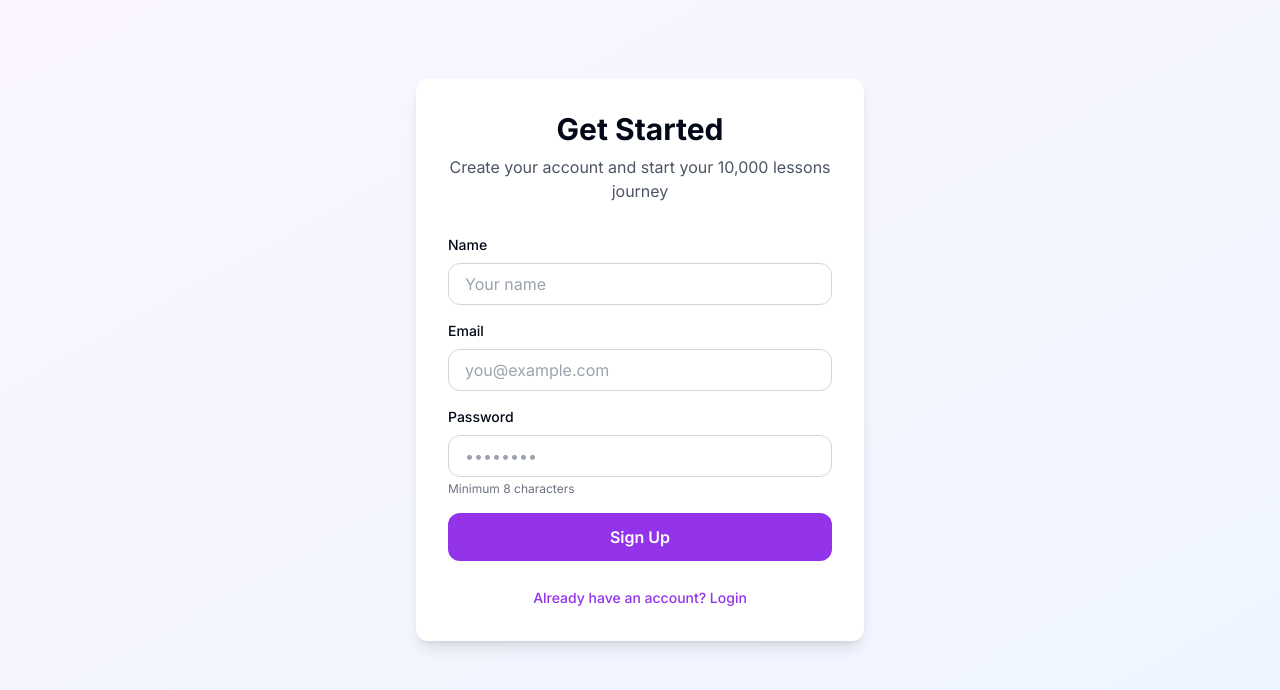
Repository: mac23080131/life-lessons
Page: /signup (app in apps/web/)
These files come from the project's save history. The page is drawn as it stood at one moment and after the next save; the edit follows.
The browser window is 1280 px wide. The pictures show the whole page.
The page's requests for data from a server got no answer. The project was rebuilt for these pictures with package versions that can differ from the ones it lists, and the page was loaded fresh each time. The framework's server and built-in components were replaced by stand-ins that run in the browser. No one was signed in, and anything a server would have sent is missing. Also part of the build but not shown: apps/web/next.config.js.

Above is the page before, as saved 2025-10-18 19:12:54.

### apps/web/src/app/layout.tsx
import type { Metadata } from 'next';
import { Inter } from 'next/font/google';
import './globals.css';
import { Providers } from './providers';

const inter = Inter({ subsets: ['latin'] });

export const metadata: Metadata = {
  title: 'Life Lessons - Track Your 10,000 Lessons Journey',
  description: 'Personal growth application for capturing, analyzing, and learning from life experiences',
};

export default function RootLayout({
  children,
}: {
  children: React.ReactNode;
}) {
  return (
    <html lang="vi" suppressHydrationWarning>
      <body className={inter.className}>
        <Providers>{children}</Providers>
      </body>
    </html>
  );
}

### apps/web/src/app/(auth)/layout.tsx
'use client';

import { useEffect } from 'react';
import { useRouter } from 'next/navigation';
import { useAuthStore } from '@/lib/store/auth-store';

export default function AuthLayout({
  children,
}: {
  children: React.ReactNode;
}) {
  const router = useRouter();
  const isAuthenticated = useAuthStore((state) => state.isAuthenticated());

  useEffect(() => {
    // If already logged in, redirect to dashboard
    if (isAuthenticated) {
      router.replace('/dashboard');
    }
  }, [isAuthenticated, router]);

  // Don't render children if redirecting
  if (isAuthenticated) {
    return null;
  }

  return <>{children}</>;
}

### apps/web/src/app/(auth)/signup/page.tsx
'use client';

import { useState } from 'react';
import Link from 'next/link';
import { useAuth } from '@/lib/hooks/useAuth';
import { useTranslation } from '@/lib/hooks/useTranslation';

export default function SignupPage() {
  const [email, setEmail] = useState('');
  const [password, setPassword] = useState('');
  const [name, setName] = useState('');
  const { signup, isSignupLoading, signupError } = useAuth();
  const { t } = useTranslation();

  const handleSubmit = (e: React.FormEvent) => {
    e.preventDefault();
    signup({ email, password, name });
  };

  return (
    <div className="min-h-screen flex items-center justify-center bg-gradient-to-br from-purple-50 to-blue-50 dark:from-gray-900 dark:to-gray-800 p-4" suppressHydrationWarning>
      <div className="w-full max-w-md">
        <div className="bg-white dark:bg-gray-800 rounded-lg shadow-lg p-8">
          <h1 className="text-3xl font-bold text-center mb-2">Get Started</h1>
          <p className="text-gray-600 dark:text-gray-400 text-center mb-8">
            Create your account and start your 10,000 lessons journey
          </p>

          {signupError && (
            <div className="mb-4 p-3 bg-red-50 dark:bg-red-900/20 border border-red-200 dark:border-red-800 rounded-lg text-red-700 dark:text-red-400 text-sm">
              {(signupError as any)?.response?.data?.message || 'Signup failed. Please try again.'}
            </div>
          )}

          <form onSubmit={handleSubmit} className="space-y-4">
            <div>
              <label htmlFor="name" className="block text-sm font-medium mb-2">
                Name
              </label>
              <input
                id="name"
                type="text"
                value={name}
                onChange={(e) => setName(e.target.value)}
                className="w-full px-4 py-2 border border-gray-300 dark:border-gray-600 rounded-lg focus:ring-2 focus:ring-purple-500 focus:border-transparent dark:bg-gray-700"
                placeholder="Your name"
              />
            </div>

            <div>
              <label htmlFor="email" className="block text-sm font-medium mb-2">
                Email
              </label>
              <input
                id="email"
                type="email"
                value={email}
                onChange={(e) => setEmail(e.target.value)}
                className="w-full px-4 py-2 border border-gray-300 dark:border-gray-600 rounded-lg focus:ring-2 focus:ring-purple-500 focus:border-transparent dark:bg-gray-700"
                placeholder="you@example.com"
                required
              />
            </div>

            <div>
              <label htmlFor="password" className="block text-sm font-medium mb-2">
                Password
              </label>
              <input
                id="password"
                type="password"
                value={password}
                onChange={(e) => setPassword(e.target.value)}
                className="w-full px-4 py-2 border border-gray-300 dark:border-gray-600 rounded-lg focus:ring-2 focus:ring-purple-500 focus:border-transparent dark:bg-gray-700"
                placeholder="••••••••"
                required
                minLength={8}
              />
              <p className="text-xs text-gray-500 mt-1">Minimum 8 characters</p>
            </div>

            <button
              type="submit"
              disabled={isSignupLoading}
              className="w-full py-3 bg-purple-600 text-white rounded-lg hover:bg-purple-700 disabled:opacity-50 disabled:cursor-not-allowed font-semibold transition-colors"
            >
              {isSignupLoading ? 'Creating account...' : 'Sign Up'}
            </button>
          </form>

          <div className="mt-6 text-center">
            <Link
              href="/login"
              className="text-purple-600 hover:text-purple-700 text-sm font-medium"
            >
              Already have an account? Login
            </Link>
          </div>
        </div>
      </div>
    </div>
  );
}

### apps/web/src/app/globals.css
@tailwind base;
@tailwind components;
@tailwind utilities;

@layer base {
  :root {
    --background: 0 0% 100%;
    --foreground: 222.2 84% 4.9%;
    --card: 0 0% 100%;
    --card-foreground: 222.2 84% 4.9%;
    --popover: 0 0% 100%;
    --popover-foreground: 222.2 84% 4.9%;
    --primary: 262 83% 58%;
    --primary-foreground: 0 0% 100%;
    --secondary: 210 40% 96.1%;
    --secondary-foreground: 222.2 47.4% 11.2%;
    --muted: 210 40% 96.1%;
    --muted-foreground: 215.4 16.3% 46.9%;
    --accent: 210 40% 96.1%;
    --accent-foreground: 222.2 47.4% 11.2%;
    --destructive: 0 84.2% 60.2%;
    --destructive-foreground: 210 40% 98%;
    --border: 214.3 31.8% 91.4%;
    --input: 214.3 31.8% 91.4%;
    --ring: 262 83% 58%;
    --radius: 0.75rem;

    /* Modern gradient colors */
    --gradient-purple: 262 83% 58%;
    --gradient-blue: 217 91% 60%;
    --gradient-pink: 336 84% 65%;
    --gradient-orange: 25 95% 53%;
  }

  .dark {
    --background: 224 71% 4%;
    --foreground: 213 31% 91%;
    --card: 224 71% 4%;
    --card-foreground: 213 31% 91%;
    --popover: 224 71% 4%;
    --popover-foreground: 213 31% 91%;
    --primary: 263 70% 50%;
    --primary-foreground: 0 0% 100%;
    --secondary: 222 47% 11%;
    --secondary-foreground: 213 31% 91%;
    --muted: 223 47% 11%;
    --muted-foreground: 215.4 16.3% 56.9%;
    --accent: 216 34% 17%;
    --accent-foreground: 210 40% 98%;
    --destructive: 0 63% 31%;
    --destructive-foreground: 210 40% 98%;
    --border: 216 34% 17%;
    --input: 216 34% 17%;
    --ring: 263 70% 50%;

    /* Dark mode gradients */
    --gradient-purple: 263 70% 50%;
    --gradient-blue: 217 91% 60%;
    --gradient-pink: 336 84% 65%;
    --gradient-orange: 25 95% 53%;
  }
}

@layer base {
  * {
    @apply border-border;
  }

  body {
    @apply bg-background text-foreground;
    font-feature-settings: "rlig" 1, "calt" 1;
  }

  /* Smooth scrolling */
  html {
    scroll-behavior: smooth;
  }

  /* Custom scrollbar */
  ::-webkit-scrollbar {
    width: 8px;
    height: 8px;
  }

  ::-webkit-scrollbar-track {
    @apply bg-muted/20;
  }

  ::-webkit-scrollbar-thumb {
    @apply bg-muted-foreground/30 rounded-full;
  }

  ::-webkit-scrollbar-thumb:hover {
    @apply bg-muted-foreground/50;
  }
}

@layer components {
  /* Glassmorphism card */
  .glass-card {
    @apply bg-white/70 dark:bg-gray-900/70 backdrop-blur-xl border border-white/20 dark:border-gray-800/50 shadow-glass;
  }

  /* Gradient background */
  .gradient-bg {
    background: linear-gradient(135deg,
      hsl(var(--gradient-purple)) 0%,
      hsl(var(--gradient-blue)) 50%,
      hsl(var(--gradient-pink)) 100%
    );
  }

  .gradient-bg-2 {
    background: linear-gradient(135deg,
      hsl(var(--gradient-orange)) 0%,
      hsl(var(--gradient-pink)) 50%,
      hsl(var(--gradient-purple)) 100%
    );
  }

  /* Animated gradient */
  .gradient-animated {
    background: linear-gradient(
      -45deg,
      hsl(var(--gradient-purple)),
      hsl(var(--gradient-blue)),
      hsl(var(--gradient-pink)),
      hsl(var(--gradient-orange))
    );
    background-size: 400% 400%;
    animation: gradient-shift 15s ease infinite;
  }

  @keyframes gradient-shift {
    0% { background-position: 0% 50%; }
    50% { background-position: 100% 50%; }
    100% { background-position: 0% 50%; }
  }

  /* Shimmer effect for loading skeletons */
  .shimmer {
    background: linear-gradient(
      90deg,
      rgba(255, 255, 255, 0) 0%,
      rgba(255, 255, 255, 0.2) 20%,
      rgba(255, 255, 255, 0.5) 60%,
      rgba(255, 255, 255, 0)
    );
    background-size: 200% 100%;
    animation: shimmer 2s infinite;
  }

  .dark .shimmer {
    background: linear-gradient(
      90deg,
      rgba(255, 255, 255, 0) 0%,
      rgba(255, 255, 255, 0.03) 20%,
      rgba(255, 255, 255, 0.08) 60%,
      rgba(255, 255, 255, 0)
    );
    background-size: 200% 100%;
  }

  /* Modern button hover effect */
  .btn-modern {
    @apply relative overflow-hidden;
  }

  .btn-modern::before {
    content: '';
    @apply absolute inset-0 bg-white/20 translate-y-full transition-transform duration-300;
  }

  .btn-modern:hover::before {
    @apply translate-y-0;
  }

  /* Bento grid layout */
  .bento-grid {
    @apply grid gap-4 md:gap-6;
    grid-template-columns: repeat(auto-fit, minmax(280px, 1fr));
    grid-auto-rows: 200px;
  }

  .bento-item {
    @apply rounded-2xl overflow-hidden;
  }

  .bento-item-tall {
    grid-row: span 2;
  }

  .bento-item-wide {
    grid-column: span 2;
  }
}

@layer utilities {
  /* Text gradients */
  .text-gradient {
    @apply bg-clip-text text-transparent bg-gradient-to-r from-purple-600 via-blue-500 to-pink-500;
  }

  .text-gradient-2 {
    @apply bg-clip-text text-transparent bg-gradient-to-r from-orange-500 via-pink-500 to-purple-600;
  }

  /* Glow effects */
  .glow-purple {
    box-shadow: 0 0 20px hsl(var(--gradient-purple) / 0.5);
  }

  .glow-blue {
    box-shadow: 0 0 20px hsl(var(--gradient-blue) / 0.5);
  }

  /* Focus visible styles */
  .focus-ring {
    @apply focus-visible:outline-none focus-visible:ring-2 focus-visible:ring-ring focus-visible:ring-offset-2 focus-visible:ring-offset-background;
  }
}

### apps/web/src/app/providers.tsx
'use client';

import { QueryClient, QueryClientProvider } from '@tanstack/react-query';
import { useState } from 'react';
import { Toaster } from 'sonner';

export function Providers({ children }: { children: React.ReactNode }) {
  const [queryClient] = useState(
    () =>
      new QueryClient({
        defaultOptions: {
          queries: {
            staleTime: 60 * 1000, // 1 minute
            retry: 1,
          },
        },
      })
  );

  return (
    <QueryClientProvider client={queryClient}>
      {children}
      <Toaster
        position="top-right"
        richColors
        closeButton
        toastOptions={{
          style: {
            background: 'hsl(var(--background))',
            color: 'hsl(var(--foreground))',
            border: '1px solid hsl(var(--border))',
          },
        }}
      />
    </QueryClientProvider>
  );
}

### apps/web/src/lib/store/auth-store.ts
import { create } from 'zustand';
import { persist } from 'zustand/middleware';

interface User {
  id: string;
  email: string;
  name?: string;
  locale?: string;
  tz?: string;
}

interface AuthState {
  user: User | null;
  accessToken: string | null;
  refreshToken: string | null;
  setAuth: (user: User, accessToken: string, refreshToken: string) => void;
  clearAuth: () => void;
  isAuthenticated: () => boolean;
}

export const useAuthStore = create<AuthState>()(
  persist(
    (set, get) => ({
      user: null,
      accessToken: null,
      refreshToken: null,

      setAuth: (user, accessToken, refreshToken) => {
        set({ user, accessToken, refreshToken });
        if (typeof window !== 'undefined') {
          localStorage.setItem('accessToken', accessToken);
          localStorage.setItem('refreshToken', refreshToken);
        }
      },

      clearAuth: () => {
        set({ user: null, accessToken: null, refreshToken: null });
        if (typeof window !== 'undefined') {
          localStorage.removeItem('accessToken');
          localStorage.removeItem('refreshToken');
        }
      },

      isAuthenticated: () => {
        const { accessToken } = get();
        return accessToken !== null;
      },
    }),
    {
      name: 'auth-storage',
    }
  )
);

### apps/web/src/lib/hooks/useAuth.ts
import { useQuery, useMutation, useQueryClient } from '@tanstack/react-query';
import { authApi } from '../api-client';
import { useAuthStore } from '../store/auth-store';
import { useRouter } from 'next/navigation';

export function useAuth() {
  const { user, setAuth, clearAuth, isAuthenticated } = useAuthStore();
  const queryClient = useQueryClient();
  const router = useRouter();

  const loginMutation = useMutation({
    mutationFn: authApi.login,
    onSuccess: (data) => {
      setAuth(data.user, data.accessToken, data.refreshToken);
      queryClient.invalidateQueries({ queryKey: ['user'] });
      router.push('/dashboard');
    },
  });

  const signupMutation = useMutation({
    mutationFn: authApi.signup,
    onSuccess: (data) => {
      setAuth(data.user, data.accessToken, data.refreshToken);
      queryClient.invalidateQueries({ queryKey: ['user'] });
      router.push('/dashboard');
    },
  });

  const logout = () => {
    clearAuth();
    queryClient.clear();
    router.push('/login');
  };

  const { data: currentUser, isLoading } = useQuery({
    queryKey: ['user'],
    queryFn: authApi.getMe,
    enabled: isAuthenticated(),
    retry: false,
  });

  return {
    user: currentUser || user,
    isAuthenticated: isAuthenticated(),
    isLoading,
    login: loginMutation.mutate,
    signup: signupMutation.mutate,
    logout,
    loginError: loginMutation.error,
    signupError: signupMutation.error,
    isLoginLoading: loginMutation.isPending,
    isSignupLoading: signupMutation.isPending,
  };
}

### apps/web/src/lib/hooks/useTranslation.ts
'use client';

import { useState, useEffect } from 'react';
import enMessages from '@/messages/en.json';
import viMessages from '@/messages/vi.json';

type Messages = typeof enMessages;
type MessageKeys = keyof Messages;

export function useTranslation() {
  const [locale, setLocale] = useState<'en' | 'vi'>('vi');
  const [messages, setMessages] = useState<Messages>(viMessages);

  useEffect(() => {
    // Load locale from localStorage
    if (typeof window !== 'undefined') {
      const savedLocale = localStorage.getItem('locale') as 'en' | 'vi' | null;
      if (savedLocale) {
        setLocale(savedLocale);
        setMessages(savedLocale === 'en' ? enMessages : viMessages);
      }

      // Listen for locale changes
      const handleStorageChange = (e: StorageEvent) => {
        if (e.key === 'locale' && e.newValue) {
          const newLocale = e.newValue as 'en' | 'vi';
          setLocale(newLocale);
          setMessages(newLocale === 'en' ? enMessages : viMessages);
        }
      };

      window.addEventListener('storage', handleStorageChange);
      return () => window.removeEventListener('storage', handleStorageChange);
    }
  }, []);

  // Helper function to get nested translations
  const t = (key: string): string => {
    const keys = key.split('.');
    let value: any = messages;

    for (const k of keys) {
      if (value && typeof value === 'object' && k in value) {
        value = value[k];
      } else {
        return key; // Return key if translation not found
      }
    }

    return typeof value === 'string' ? value : key;
  };

  return { t, locale, messages };
}

### apps/web/src/lib/api-client.ts
import axios from 'axios';

const API_BASE_URL = process.env.NEXT_PUBLIC_API_BASE_URL || 'http://localhost:3001';

export const apiClient = axios.create({
  baseURL: `${API_BASE_URL}/api`,
  headers: {
    'Content-Type': 'application/json',
  },
});

// Request interceptor to add auth token
apiClient.interceptors.request.use(
  (config) => {
    if (typeof window !== 'undefined') {
      const token = localStorage.getItem('accessToken');
      if (token) {
        config.headers.Authorization = `Bearer ${token}`;
      }
    }
    return config;
  },
  (error) => {
    return Promise.reject(error);
  }
);

// Response interceptor to handle auth errors
apiClient.interceptors.response.use(
  (response) => response,
  async (error) => {
    if (error.response?.status === 401 && typeof window !== 'undefined') {
      // Token expired, try to refresh
      const refreshToken = localStorage.getItem('refreshToken');

      if (refreshToken) {
        try {
          const response = await axios.post(`${API_BASE_URL}/api/auth/refresh`, {
            refreshToken,
          });

          const { accessToken } = response.data;
          localStorage.setItem('accessToken', accessToken);

          // Retry original request
          error.config.headers.Authorization = `Bearer ${accessToken}`;
          return axios(error.config);
        } catch (refreshError) {
          // Refresh failed, redirect to login
          localStorage.removeItem('accessToken');
          localStorage.removeItem('refreshToken');
          window.location.href = '/login';
        }
      } else {
        // No refresh token, redirect to login
        window.location.href = '/login';
      }
    }

    return Promise.reject(error);
  }
);

// Auth API
export const authApi = {
  signup: async (data: { email: string; password: string; name?: string }) => {
    const response = await apiClient.post('/auth/signup', data);
    return response.data;
  },

  login: async (data: { email: string; password: string }) => {
    const response = await apiClient.post('/auth/login', data);
    return response.data;
  },

  getMe: async () => {
    const response = await apiClient.get('/me');
    return response.data;
  },
};

// Lessons API
export const lessonsApi = {
  getAll: async (params?: {
    q?: string;
    domain?: string;
    tag?: string;
    from?: string;
    to?: string;
    limit?: number;
    offset?: number;
  }) => {
    const response = await apiClient.get('/lessons', { params });
    return response.data;
  },

  getOne: async (id: string) => {
    const response = await apiClient.get(`/lessons/${id}`);
    return response.data;
  },

  create: async (data: any) => {
    const response = await apiClient.post('/lessons', data);
    return response.data;
  },

  update: async (id: string, data: any) => {
    const response = await apiClient.patch(`/lessons/${id}`, data);
    return response.data;
  },

  delete: async (id: string) => {
    const response = await apiClient.delete(`/lessons/${id}`);
    return response.data;
  },

  analyze: async (id: string) => {
    const response = await apiClient.post(`/ai/lessons/${id}/analyze`);
    return response.data;
  },

  createShareLink: async (id: string) => {
    const response = await apiClient.post(`/lessons/${id}/share`);
    return response.data;
  },
};

// Goals API
export const goalsApi = {
  getMy: async () => {
    const response = await apiClient.get('/goals/my');
    return response.data;
  },

  create: async (data?: { target?: number; sprintSize?: number; cadence?: string }) => {
    const response = await apiClient.post('/goals', data || { target: 10000, sprintSize: 100, cadence: 'daily' });
    return response.data;
  },

  getRoadmap: async (id: string) => {
    const response = await apiClient.get(`/goals/${id}/roadmap`);
    return response.data;
  },
};

// Analytics API
export const analyticsApi = {
  getOverview: async () => {
    const response = await apiClient.get('/analytics/overview');
    return response.data;
  },
};

Loaded but not shown: apps/web/src/messages/en.json (110 lines, source omitted); apps/web/src/messages/vi.json (110 lines, source omitted); apps/web/tailwind.config.js (169 lines, source omitted)

After the next save:
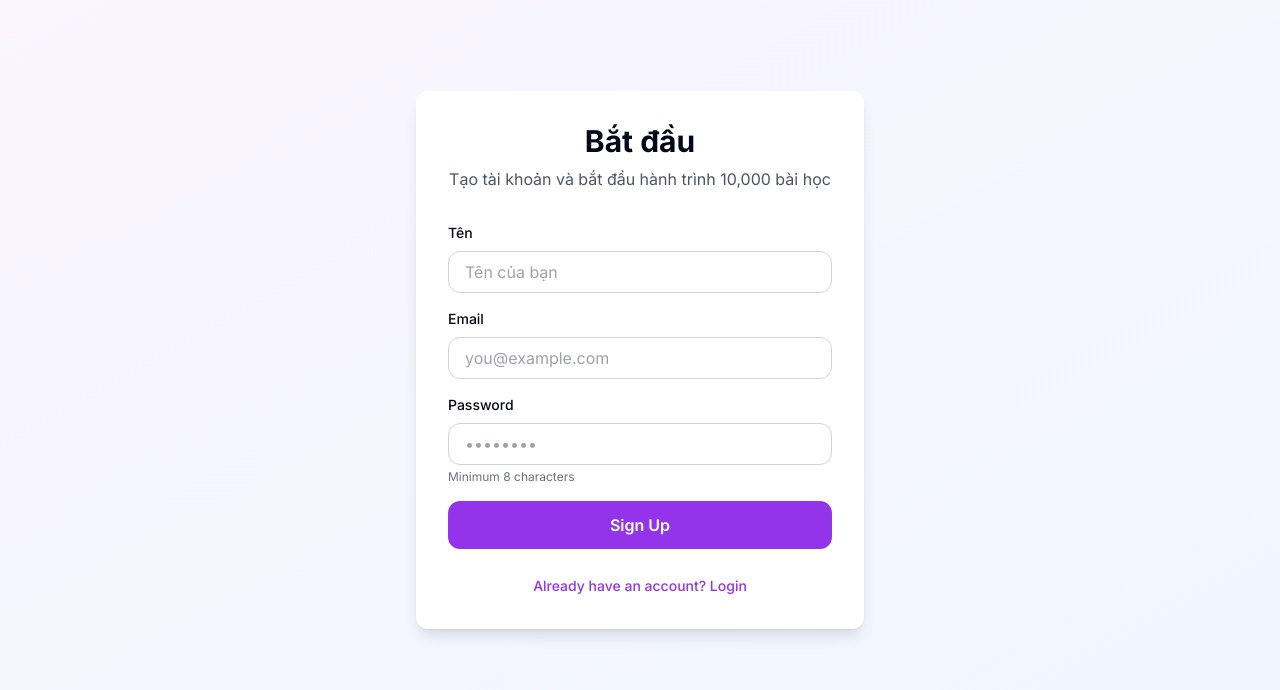
Saved 18 s later.
--- a/apps/web/src/app/(auth)/signup/page.tsx
+++ b/apps/web/src/app/(auth)/signup/page.tsx
@@ -21,21 +21,21 @@ export default function SignupPage() {
     <div className="min-h-screen flex items-center justify-center bg-gradient-to-br from-purple-50 to-blue-50 dark:from-gray-900 dark:to-gray-800 p-4" suppressHydrationWarning>
       <div className="w-full max-w-md">
         <div className="bg-white dark:bg-gray-800 rounded-lg shadow-lg p-8">
-          <h1 className="text-3xl font-bold text-center mb-2">Get Started</h1>
+          <h1 className="text-3xl font-bold text-center mb-2">{t('auth.getStarted')}</h1>
           <p className="text-gray-600 dark:text-gray-400 text-center mb-8">
-            Create your account and start your 10,000 lessons journey
+            {t('auth.signupSubtitle')}
           </p>
 
           {signupError && (
             <div className="mb-4 p-3 bg-red-50 dark:bg-red-900/20 border border-red-200 dark:border-red-800 rounded-lg text-red-700 dark:text-red-400 text-sm">
-              {(signupError as any)?.response?.data?.message || 'Signup failed. Please try again.'}
+              {(signupError as any)?.response?.data?.message || t('auth.signupError')}
             </div>
           )}
 
           <form onSubmit={handleSubmit} className="space-y-4">
             <div>
               <label htmlFor="name" className="block text-sm font-medium mb-2">
-                Name
+                {t('auth.name')}
               </label>
               <input
                 id="name"
@@ -43,13 +43,13 @@ export default function SignupPage() {
                 value={name}
                 onChange={(e) => setName(e.target.value)}
                 className="w-full px-4 py-2 border border-gray-300 dark:border-gray-600 rounded-lg focus:ring-2 focus:ring-purple-500 focus:border-transparent dark:bg-gray-700"
-                placeholder="Your name"
+                placeholder={t('auth.namePlaceholder')}
               />
             </div>
 
             <div>
               <label htmlFor="email" className="block text-sm font-medium mb-2">
-                Email
+                {t('auth.email')}
               </label>
               <input
                 id="email"
@@ -57,7 +57,7 @@ export default function SignupPage() {
                 value={email}
                 onChange={(e) => setEmail(e.target.value)}
                 className="w-full px-4 py-2 border border-gray-300 dark:border-gray-600 rounded-lg focus:ring-2 focus:ring-purple-500 focus:border-transparent dark:bg-gray-700"
-                placeholder="you@example.com"
+                placeholder={t('auth.emailPlaceholder')}
                 required
               />
             </div>
